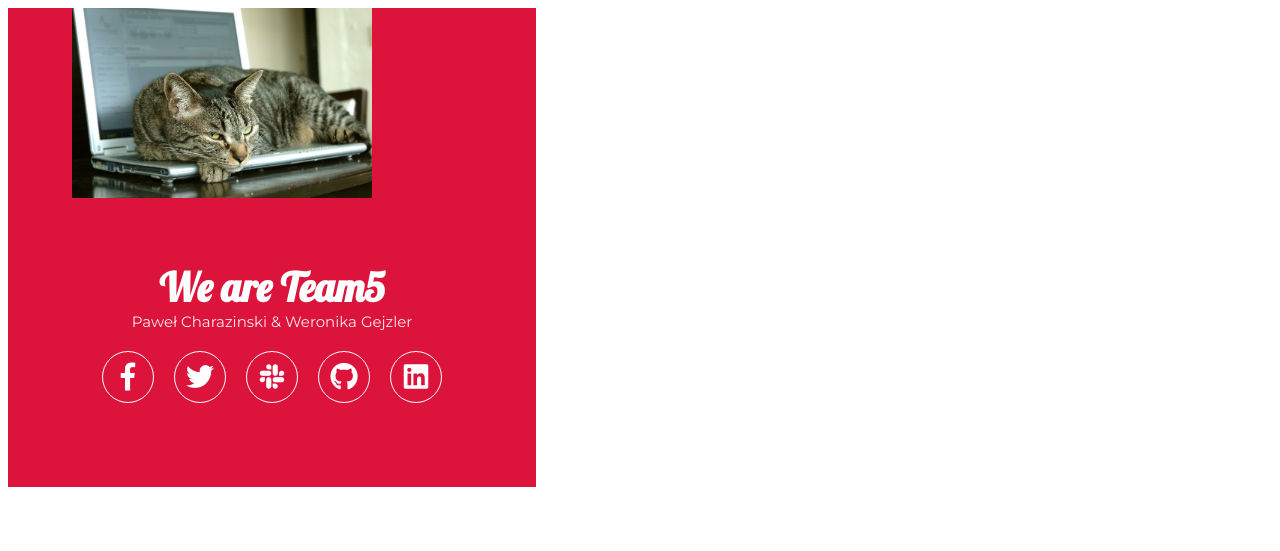
Repository: pietruszka/cc_proj1
Page: index.html
An editor plug-in stored every save of this project. The page is shown before and after the next save, followed by the edit.
The browser window is 1280 px wide. The pictures show the part of the page from y = 0 to 551 px (the page is 1140 px tall).
Pictures or frames that could not be fetched are drawn as grey boxes. Some web libraries are served in a nearby version.

Above is the page before, as saved 2018-11-18 19:25:35.

### index.html
<!DOCTYPE html>
<html lang="en">

<head>
    <meta charset="UTF-8">
    <meta name="viewport" content="width=device-width, initial-scale=1.0">
    <link rel="stylesheet" href="./style.css" />
    <link href="https://fonts.googleapis.com/css?family=Lobster" rel="stylesheet">
    <link href="https://use.fontawesome.com/releases/v5.0.8/css/all.css" rel="stylesheet">
    <link href="https://fonts.googleapis.com/css?family=Montserrat" rel="stylesheet">
    <link href="https://fonts.googleapis.com/css?family=Raleway" rel="stylesheet">
    <title>BackendTeam5</title>
</head>

<body>

    <div class="wrapper">
        <div id="top">
            <div id="photo"><img id="photo1" src="people.jpg" alt=""></div>
            <div id="heading">


               <h1 id="heading1">We are Team5</h1>
               <h2 id="heading2">Paweł Charazinski &amp; Weronika Gejzler</h2>
               <div class="nav">

                <div class="nav-item">
                    <a href="#" class="fab fa-facebook-f"></a>
                </div>
                <div class="nav-item">
                    <a href="#" class="fab fa-twitter"></a>
                </div>

                <div class="nav-item">
                    <a href="#" class="fab fa-slack"></a>
                </div>
                <div class="nav-item">
                    <a href="#" class="fab fa-github"></a>
                </div>
                <div class="nav-item">
                    <a href="#" class="fab fa-linkedin"></a>
                </div>
            </div>


            </div>

        </div>

        <div id="bottom">
            <div id="about">
<h1 id="h_about">O <span style="color:crimson">nas</span></h1>
<p id="p_about">Witamy na naszej stronie-wizytówce! Jest to nasz pierwszy projekt w ramach warsztatów koła naukowego CodersCrew! Do jego stworzenia wykorzystaliśmy HTML oraz CSS z użyciem flexbox i grid. Mamy nadzieję, że Ci się podoba! Kolejne nasze projekty dotyczyć będą JavaScriptu i frameworka React. Zachęcamy do pozostania w kontakcie.</p>
<div id="button">Dowiedz się więcej!</div>


            </div>
            <div id="details">
<table>
    <tr>
        <td class="table"><b>City</b></td>
        <td class="table">Wrocław</td>
    </tr>
    <tr>
        <td class="table"><b>Technologies</b></td>
        <td class="table">HTML/CSS</td>
    </tr>
    <tr>
        <td class="table"><b>Training time</b></td>
        <td class="table">1 week</td>
    </tr>
    <tr>
        <td class="table"><b>What's next</b></td>
        <td class="table">JavaScript!</td>
    </tr>
    <tr>
        <td class="table"><b>Emails</b></td>
        <td class="table">weronika.gejzler@gmail.com
        </td>
    </tr>
    <tr><td class="table"></td><td class="table">pawel.charazinski@gmail.com
        </td></tr>

</table>
</div>
        </div>

    </div>
</div>
</body>

</html>

### style.css
.wrapper{
   font-size: 1.5em;
   width: 100%;
   height: 100vh;

   grid-template-areas:
   "photo"
   "heading"
   "about"
   "details";
   grid-template-columns: 1fr;
   grid-template-rows: 130px 800px 250px 250px;

}
#top{

    background-color: crimson;
    color: white;
    display: inline-block;
}
#photo{
    display: flex;
    align-items: flex-end;
    margin: 0 5vw;
    grid-area: photo;
}
#photo1{

    max-width: 300px;

}

#heading{

  padding: 5vw;
  grid-area: heading;
}

#heading1 {

    font-size: 40px;
    font-weight: 700;
        font-family: 'Lobster', cursive;
    text-align: center;
    margin:0;
   }
   #heading2 {

    font-size: 15px;
    font-weight: 100;
    font-family:  Montserrat;
    text-align: center;
    margin: 0%;
    opacity: 0.9;
    }

    a {
        color: white;
        text-decoration: none;

    }
    .nav {
        display: flex;
        justify-content: center;
        margin: 20px;

    }

    .nav-item {

        animation: show 0.5s ease-in-out forwards;

        transition: all 0.3s ease-in-out;
        border-radius: 100%;
        border: solid 1px white;

        width: 50px;
        height: 50px;
        margin: 0 10px;
        display: flex;
        align-items: center;
        justify-content: center;

    }

    .nav-item:hover {
        cursor: pointer;

        opacity: 0.5;

    }

    .nav-item a:hover {

        opacity: 0.5;

    }

    .nav-item a {
        font-size: 28px;

    }

#bottom{

    background: url(abstract/8020.jpg);


}
#about{
   margin: 5vw;
   grid-area: about;
}
#h_about{
   font-family:  Montserrat;
    font-style: Bold;
    font-size: 24px;
        text-align: Left;
        line-height: 29px;

}
#p_about{
   color: #666666;
   Font-Family: Raleway;
Font-Style: Regular;
Font-Size: 16px;
Line-Height: 24px;
text-Align: Left;
}
#button{
    border: 2px solid crimson;
    border-radius: 25px;
    background-color: white;
    color: crimson;

    padding: 15px 32px;
    text-align: center;
    text-decoration: none;
    display: inline-block;
    font-size: 14px;
    Font-Family: Raleway;
}



#details{
    margin: 5vw;
    color: #666666;
    Font-Family: Raleway;
 Font-Style: Regular;
 Font-Size: 16px;
 Line-Height: 29px;
 text-Align: Left;
 grid-area: details;
}
.table{
    padding: 1vw;
}

After the next save:
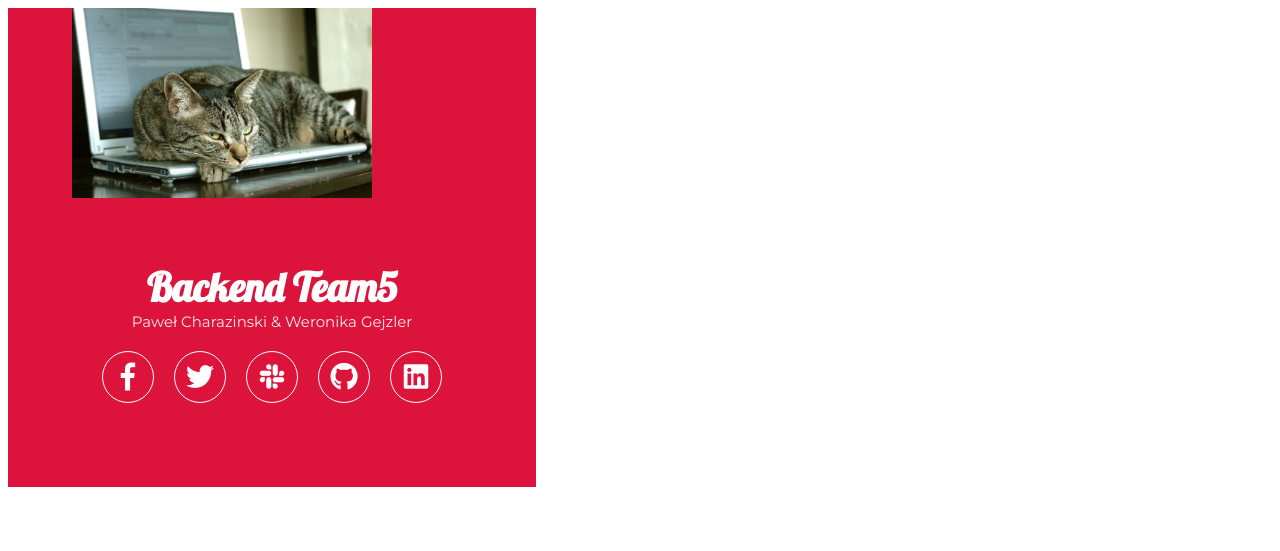
Saved 9 s later.
--- a/index.html
+++ b/index.html
@@ -20,7 +20,7 @@
             <div id="heading">
 
 
-               <h1 id="heading1">We are Team5</h1>
+               <h1 id="heading1">Backend Team5</h1>
                <h2 id="heading2">Paweł Charazinski &amp; Weronika Gejzler</h2>
                <div class="nav">
 
